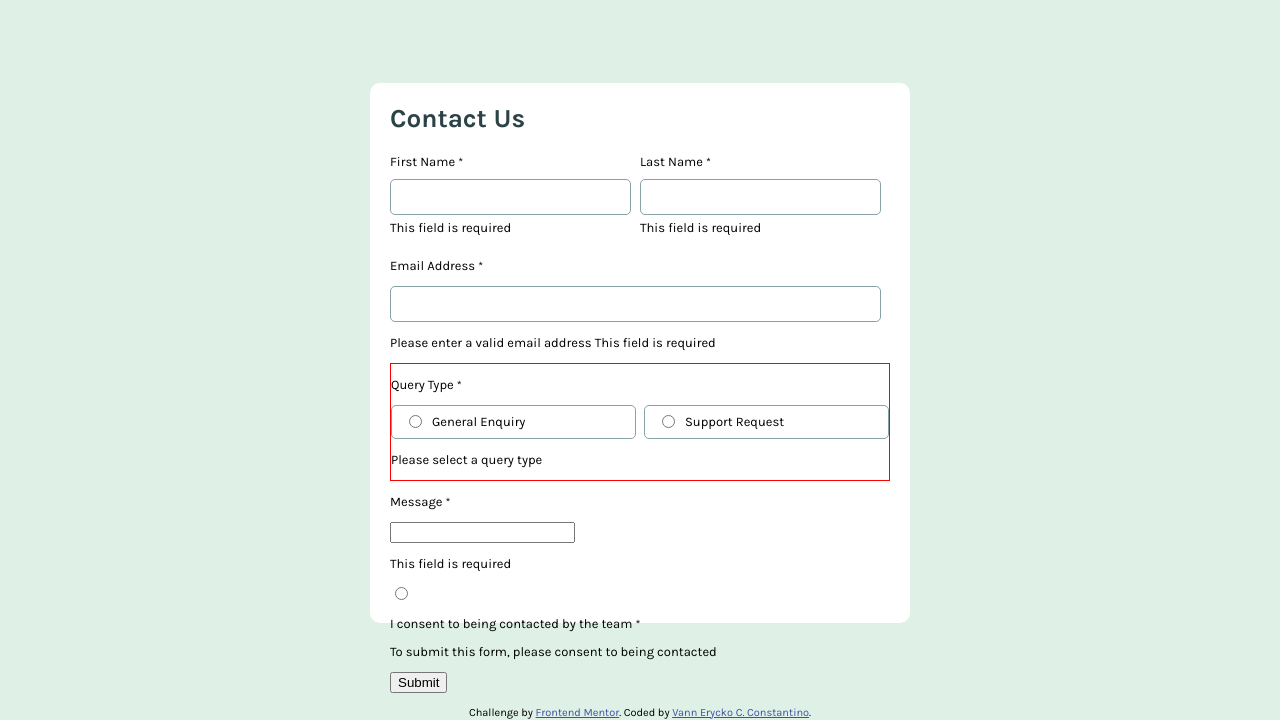
Repository: kocokoy/contact-form
Page: contact-form-main/index.html
An editor plug-in stored every save of this project. The page is shown before and after a run of saves, followed by the edit.
The browser window is 1280 px wide. The pictures show the whole page.

Above is the page before, as saved 2024-10-24 09:54:38.

### contact-form-main/index.html
<!DOCTYPE html>
<html lang="en">
<head>
  <meta charset="UTF-8">
  <meta name="viewport" content="width=device-width, initial-scale=1.0"> <!-- displays site properly based on user's device -->

  <link rel="icon" type="image/png" sizes="32x32" href="./assets/images/favicon-32x32.png">
  <link rel="stylesheet" href="/contact-form-main/styles/style.css">
  <link rel="preconnect" href="https://fonts.googleapis.com">
  <link rel="preconnect" href="https://fonts.gstatic.com" crossorigin>
  <link href="https://fonts.googleapis.com/css2?family=Karla:ital,wght@0,200..800;1,200..800&family=Red+Hat+Text:ital,wght@0,300..700;1,300..700&display=swap" rel="stylesheet">
  <title>Frontend Mentor | Contact form</title>

  <!-- Feel free to remove these styles or customise in your own stylesheet 👍 -->
  <style>
    .attribution { font-size: 11px; text-align: center; }
    .attribution a { color: hsl(228, 45%, 44%); }
  </style>
</head>
<body>
  <div class="container">
    <div class="contact-form-card">
      <h1 class="contact-us-header">
        Contact Us
      </h1>
      <div class="name-section">
        <div class="first-name-section">
          <p>
            First Name
            <span>*</span>
          </p>
          <input type="text" name="" id="">
          <p>
            This field is required
          </p>
        </div>
        <div class="last-name-section">
          <p>
            Last Name
            <span>*</span>
          </p>
          <input type="text" name="" id="">
          <p>
            This field is required
          </p>
        </div>
      </div>
      <div class="email-section">
        <p>Email Address  <span>*</span></p>
        <input type="text">
        <p>Please enter a valid email address
          This field is required</p>
      </div>
      <div class="query-type-section">
        <p>Query Type  <span>*</span></p>
        <div class="radio-query-type-section">
          <div class="general-radio-query-type-section">
            <input type="radio">
            General Enquiry
          </div>
          <div class="support-radio-query-type-section">
            <input type="radio">
            Support Request
          </div>
        </div>
        <p>Please select a query type</p>
      </div>
      <div class="message-section">
        <p>Message  <span>*</span></p>
        <input type="text">
        <p>This field is required</p>
      </div>
      <div class="consent-section">
        <div>
          <input type="radio">
          <p>I consent to being contacted by the team  <span>*</span></p>
        </div>
        <p> To submit this form, please consent to being contacted</p>
      </div>
      <div class="submit-btn-section">
        <button>
          Submit</button>
      </div>
    </div>
  </div>




  <!-- Message Sent!
  Thanks for completing the form. We'll be in touch soon! -->

  <div class="attribution">
    Challenge by <a href="https://www.frontendmentor.io?ref=challenge">Frontend Mentor</a>.
    Coded by <a href="#">Vann Erycko C. Constantino</a>.
  </div>
</body>
</html>

### contact-form-main/styles/style.css
:root{
  /* Primary */
  --Green200: hsl(148, 38%, 91%);
  --Green600: hsl(169, 82%, 27%);
  --Red:hsl(0, 66%, 54%);

  --White: hsl(0, 0%, 100%);
  --Grey500: hsl(186, 15%, 59%);
  --Grey900: hsl(187, 24%, 22%);
}

body{
  padding: 0;
  margin: 0;
  background-color: var(--Green200);
  font-family: Karla;
  font-size: 13px;
  font-weight: 400;
}

span {
  font-size: 12px;
}

.container{
  display: flex;
  align-items: center;
  justify-content: center;
  height: 98vh;
}

.contact-form-card{
  display: flex;
  flex-direction: column;
  border: 1px var(--Grey500);
  background-color: var(--White);
  height: 500px;
  width: 500px;
  border-radius: 10px;
  padding: 20px;
}

.contact-us-header{
  padding: 0;
  margin: 0;
  font-weight: 700;
  color: var(--Grey900);
}

.name-section{
  display: flex;
  flex-direction: row;
  justify-content: space-between;
  padding-top: 15px;
}

.name-section p{
  /* border: 1px solid red; */
  margin: 5px 0;
  padding-bottom: 5px;
}

.name-section input{
 width: 94%;
 height: 32px;
 border: 1px solid var(--Grey500);
 border-radius: 5px;
}

.first-name-section, .last-name-section{
  width: 100%;
}

.email-section{
  display: flex;
  flex-direction: column;
}

.email-section input{
  width: 97%;
  height: 32px;
  border-radius: 5px;
  border: 1px solid var(--Grey500);
}

.query-type-section{
  border: 1px solid red;
  display: flex;
  flex-direction: column;
}

.query-type-section .radio-query-type-section{
  display: flex;
  flex-direction: row;
  justify-content: space-between;
}

.query-type-section .radio-query-type-section input{
  margin: 0 10px 0 17px;
  font-size: 5px;
}

.general-radio-query-type-section ,.support-radio-query-type-section{
  display: flex;
  flex-direction: row;
  align-items: center;
  height: 32px;
  border-radius: 5px;
  border: 1px solid var(--Grey500);
  width: 48.8%;
}

After the next 2 saves:
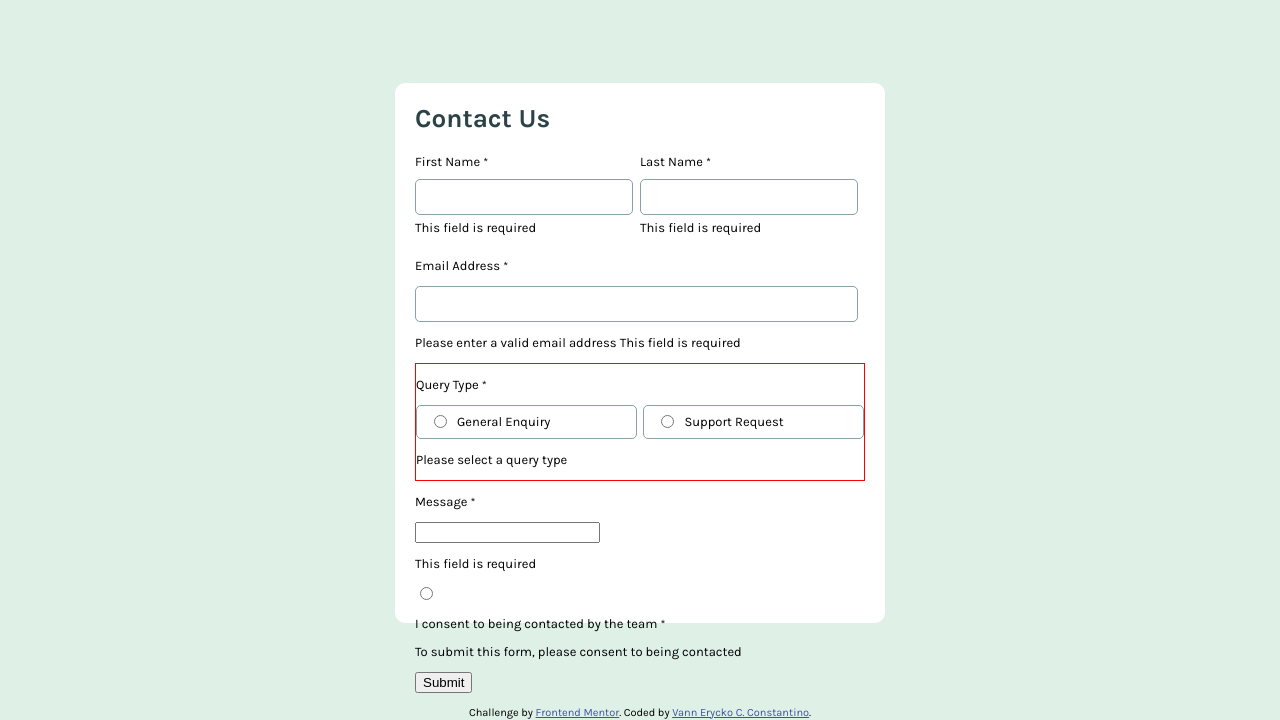
The 2 saves are shown as one change because they came seconds apart.
The last was saved 19 s later.
--- a/contact-form-main/styles/style.css
+++ b/contact-form-main/styles/style.css
@@ -35,7 +35,7 @@ span {
   border: 1px var(--Grey500);
   background-color: var(--White);
   height: 500px;
-  width: 500px;
+  width: 450px;
   border-radius: 10px;
   padding: 20px;
 }
